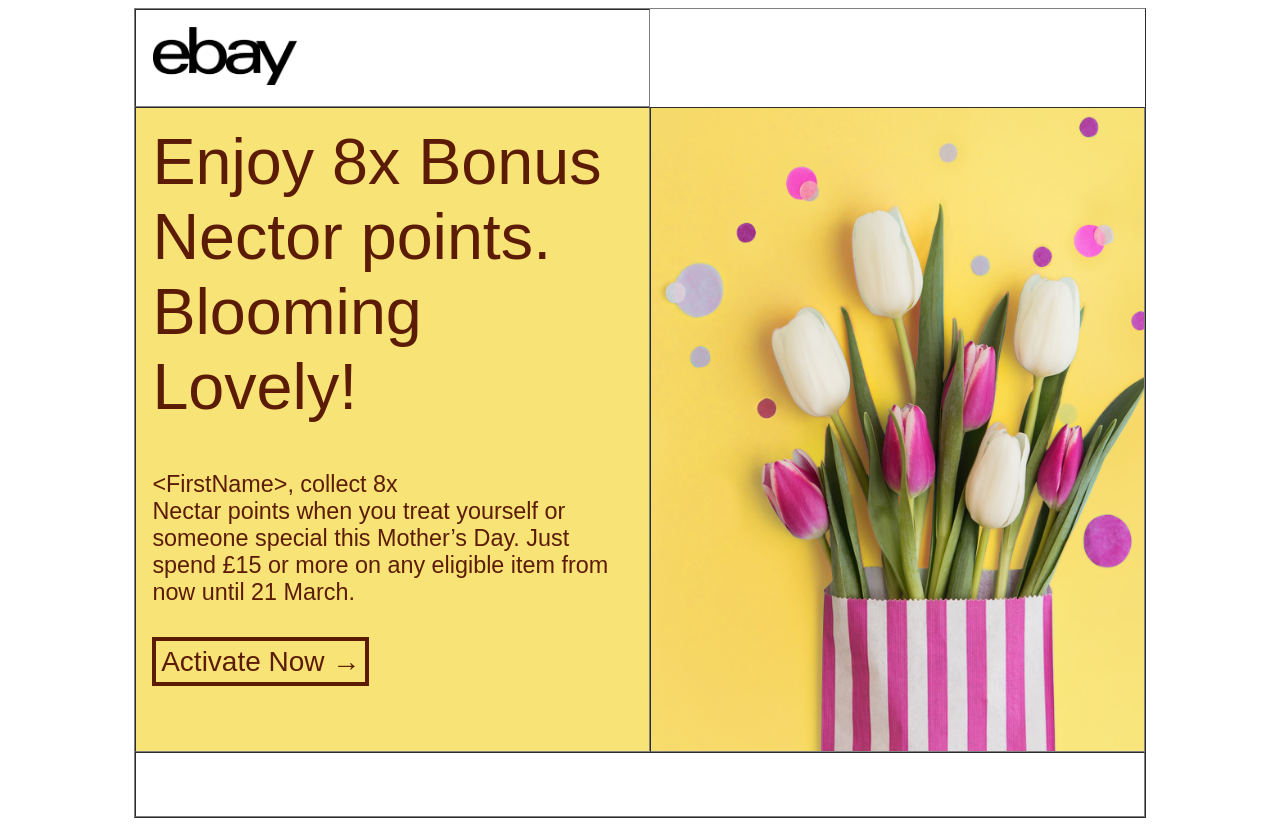
Repository: AnkurDevv/feed-dev-test
Page: index.html
An editor plug-in stored every save of this project. The page is shown before and after the next save, followed by the edit.
The browser window is 1280 px wide. The pictures show the whole page.

Above is the page before, as saved 2020-03-29 02:04:21.

### index.html
<!DOCTYPE html>
<!--[if lt IE 7]>      <html class="no-js lt-ie9 lt-ie8 lt-ie7"> <![endif]-->
<!--[if IE 7]>         <html class="no-js lt-ie9 lt-ie8"> <![endif]-->
<!--[if IE 8]>         <html class="no-js lt-ie9"> <![endif]-->
<!--[if gt IE 8]><!-->
<html>
<!--<![endif]-->

<head>
  <meta charset="utf-8">
  <meta http-equiv="X-UA-Compatible" content="IE=edge">
  <title></title>
  <meta name="description" content="">
  <meta name="viewport" content="width=device-width, initial-scale=1">
  <link rel="stylesheet" href="./style/index.css">
</head>

<body>
  <table border="1" cellpadding="0" cellspacing="0" height="100%" width="80%" id="bodyTable">

    <!-- HEADER ROW - START  -->
    <tr>
      <td>
        <table cellpadding="5" cellspacing="12" width="100%" align="left" border="0" id="EmailHeader">
          <tr>
            <td valign="middle" id="EmailHeading">
              <img src="img/logo.png" alt="ebay-logo" id="ebay-logo">
            </td>
          </tr>
        </table>
      </td>
    </tr>
    <!-- HEADER ROW - START  -->

    <!-- HERO BODY - START  -->
    <tr cellpadding="4" cellspacing="12" width="100%" border="1" id="HeroBodyWrapper">

      <!-- HERO CONTENT -START -->
      <td id="heroContentWrapper">
        <table cellpadding="4" cellspacing="12" width="100%" align="left" border="0" id="heroContent">
          <!-- HERO MAIN HEADLINE - START -->
          <tr>
            <td id="heroMainHeading">
              Enjoy 8x Bonus Nector points.
              Blooming
              Lovely!
            </td>
          </tr>
          <!-- HERO MAIN HEADLINE - END -->

          <!-- HERO SUB-HEADING - START -->
          <tr>
            <td id="heroSubHeading">
              &lt;FirstName&gt;, collect 8x </br> Nectar points when you treat yourself or someone special this Mother’s
              Day.
              Just
              spend £15 or more on any eligible item from now until 21 March.
            </td>
          </tr>
          <!-- HERO SUB-HEADING - END -->

          <!-- HERO CTA - START -->
          <tr id="heroCTAContainer">
            <td>
              <button id="heroCTA">
                Activate Now <strong>&rarr;</strong>
              </button>
            </td>
          </tr>
          <!-- HERO CTA - END -->

          <!-- HERO IMAGE AT 480PX - START -->
          <tr style="display: none;">
            <td>
              <!-- FOR SMALL SCREENS IMAGE WILL SHOW HERE -->
            </td>
          </tr>
          <!-- HERO IMAGE AT 480PX - END -->
        </table>
      </td>
      <!-- HERO CONTENT - END -->

      <!-- HERO SECTION IMAGE FOR DESKTOP - START -->
      <td id="HeroImageContainer">
        <!-- <img src="img/HeroDesktopBg.png" alt="flower pot image" id="HeroDesktopBg"> -->
      </td>
      <!-- HERO SECTION IMAGE FOR DESKTOP - END -->

      <!-- HERO BODY - END  -->

      <!-- HERO & EVERDAY ESSENTIALS DIVIDER - START -->
    <tr id="dividerContainer">
      <td id="divRibbion" colspan="2">
        <div id="divCol1">

        </div>
        <div id="divCol2">

        </div>
        <div id="divCol3">

        </div>
      </td>
    </tr>
    <!-- HERO & EVERDAY ESSENTIALS DIVIDER - END -->
  </table>

  <script src="" async defer></script>
</body>

</html>

### style/index.css
/* HEADER CSS - START */

#bodyTable{
  margin-left: 10%;
  margin-right: 10%;
}

#ebay-logo{
  width: 30%;
}
/* HEADER CSS - END */

/* HERO BODY CSS - START */
#heroContentWrapper{
  background-color: #f7e376;
}

#heroMainHeading{
  color: #5c1b05!important;
  font-size: 404%;
  font-family: sans-serif;
  padding-bottom: 6%;
}

#heroSubHeading{
  color: #5c1b05!important;
  font-family: sans-serif;
  font-size: 146%;
  padding-bottom: 3%;
}

#HeroImageContainer{
  padding: 0;
  width: 49%;
  background-image:url('/img/HeroDesktopBg.png');
  background-size: 100% 100%;
  background-repeat: no-repeat;
}

#HeroDesktopBg{
  width: 100%;
  height: 100%;
  display: block; /*otherwise it wont occupy the whole container*/
}

#heroCTA{
  border: 4px solid #5c1b05;
  color: #5c1b05;
  background: #f7e376;
  font-family: sans-serif;
  font-size: 175%;
  padding: 1%;
  margin-bottom: 10%;
}
/* HERO BODY CSS - END */

/* HERO DIVIDER CSS - START */
#dividerContainer{
  height: 65px;
}


#divCol1{
  background-color: #ff8559;
  width: 53%;
}
#divCol2{
  background-color: #f7b100;
  width: ;
}
#divCol3{
  background-color: #fbcd25;
}
/* HERO DIVIDER CSS - END */

/* MAKING EMAIL RESPONSIVE CSS - START */

/* MAKING EMAIL RESPONSIVE CSS - END */

After the next save:
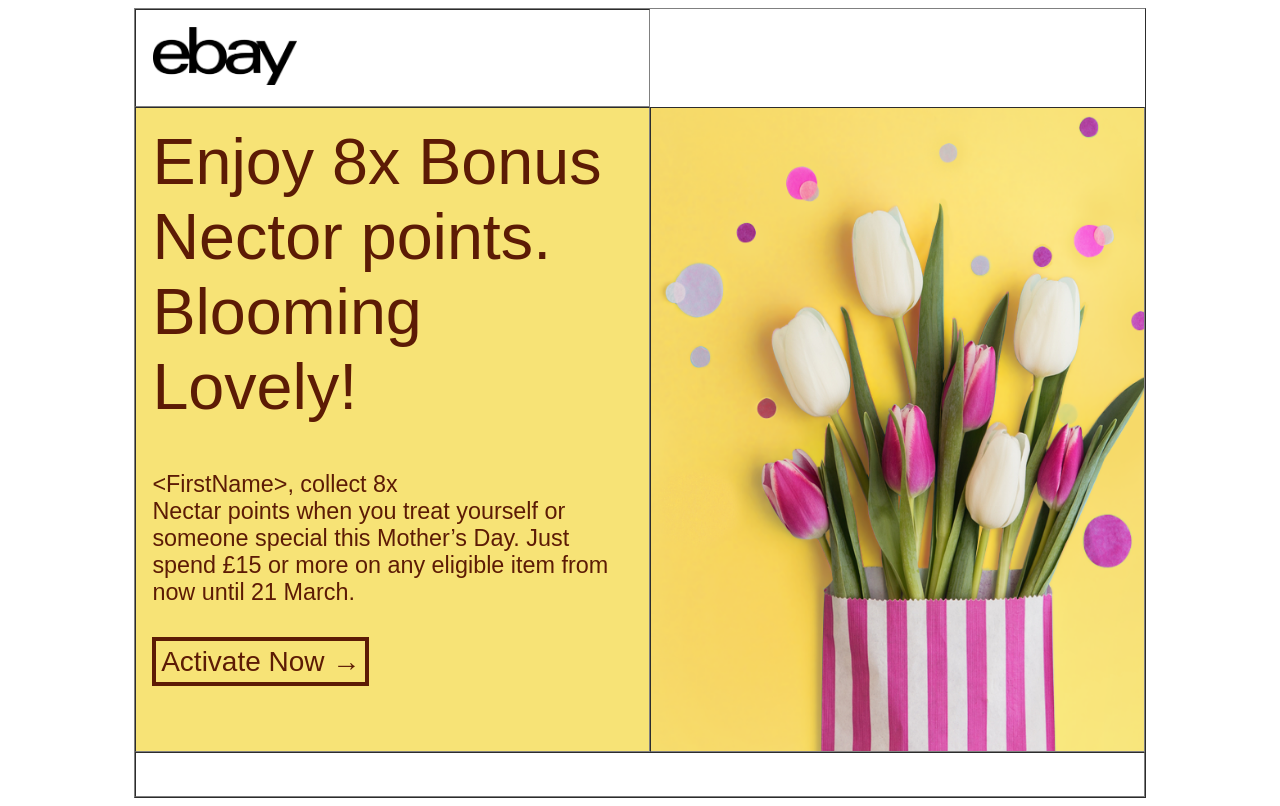
Saved 88 s later.
--- a/style/index.css
+++ b/style/index.css
@@ -56,9 +56,8 @@
 
 /* HERO DIVIDER CSS - START */
 #dividerContainer{
-  height: 65px;
+  height: 45px;
 }
-
 
 #divCol1{
   background-color: #ff8559;
